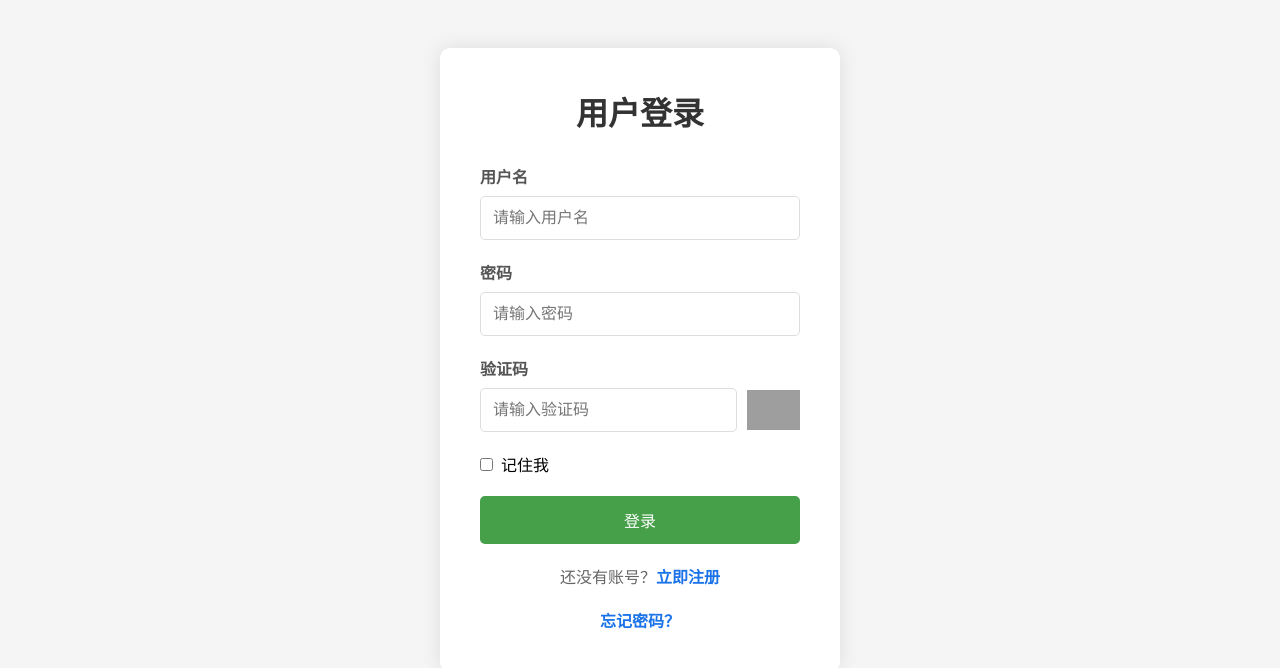
Repository: Jiege005/mytest-software-project
Page: mytest/WebContent/login.html
The author's editor kept a copy of each file at every save. The page is drawn from the files as they stood at one save, then again after the next save.
The browser window is 1280 px wide. The pictures show the whole page.
The pointer rests on the first visible `.btn`.
Pictures or frames that could not be fetched are drawn as grey boxes.

Above is the page before, as saved 2025-06-18 13:51:00.

After the next save:
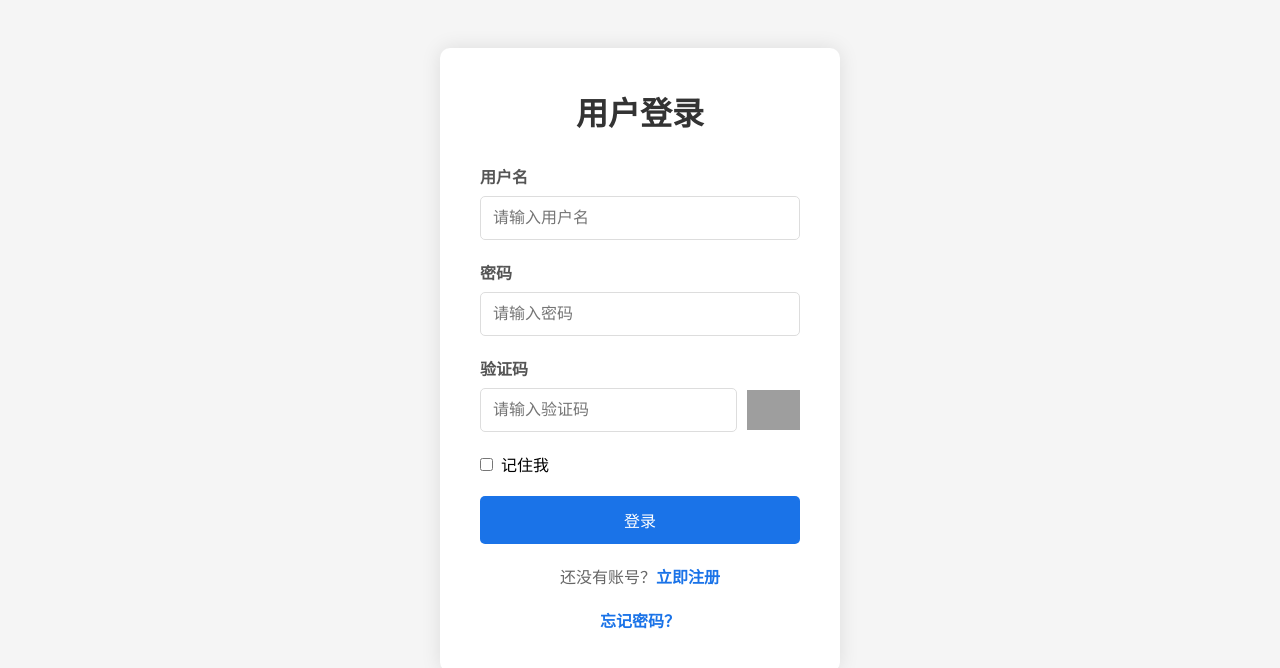
Saved 57 s later.
--- a/mytest/WebContent/login.html
+++ b/mytest/WebContent/login.html
@@ -77,7 +77,7 @@
         }
 
         .btn:hover {
-            background-color: #45a049;
+            background-color: #1a73e8;
         }
 
         .switch-form {
